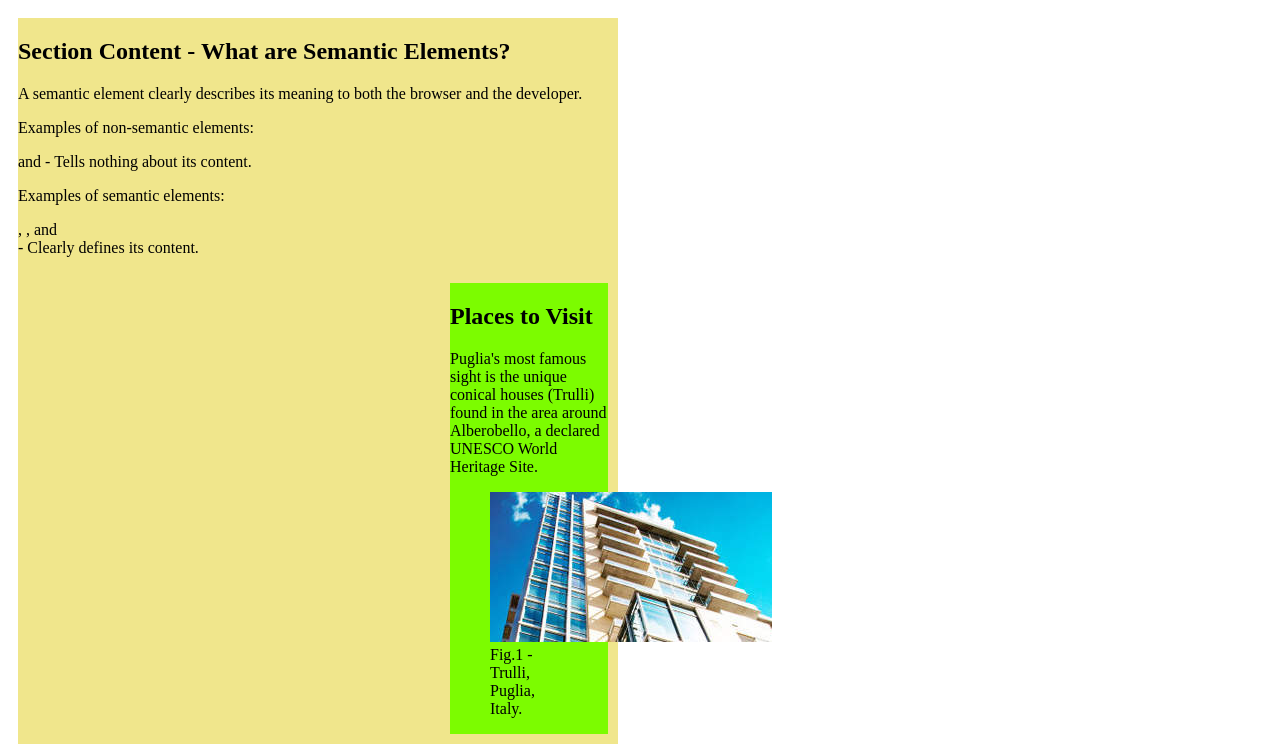
Repository: bjnabs/mws-workshop01
Page: index.html
An editor plug-in stored every save of this project. The page is shown before and after the next save, followed by the edit.
The browser window is 1280 px wide. The pictures show the whole page.

Above is the page before, as saved 2020-07-04 09:48:39.

After the next save:
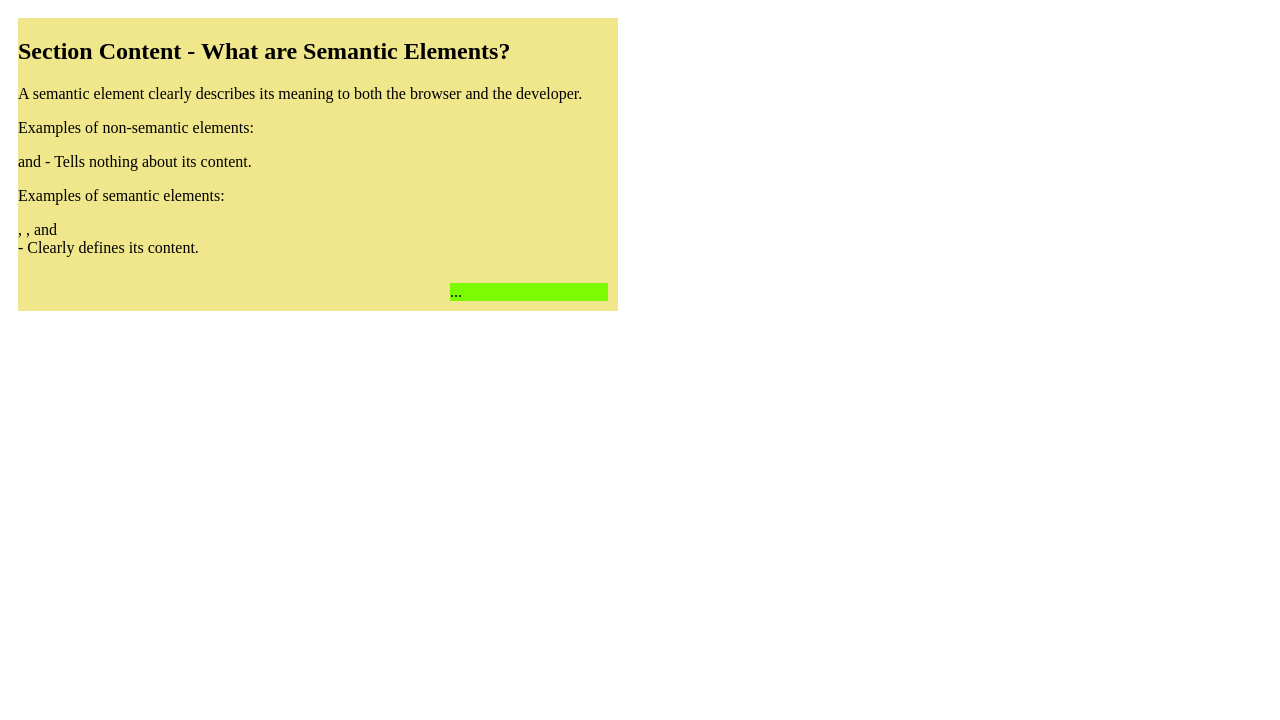
Saved 58 s later.
--- a/index.html
+++ b/index.html
@@ -13,15 +13,9 @@
                 <p>A semantic element clearly describes its meaning to both the browser and the developer.</p>
                 <p>Examples of non-semantic elements: <div> and <span> - Tells nothing about its content.</p>
                 <p>Examples of semantic elements: <form>, <table>, and <article> - Clearly defines its content.</p>
+
         </section>
-        <aside>
-            <h2>Places to Visit</h2>
-            <p>Puglia's most famous sight is the unique conical houses (Trulli) found in the area around Alberobello, a declared UNESCO World Heritage Site.</p>
-            <figure>
-            <img src="/images/pic01.jpg" alt="Trulli">
-            <figcaption>Fig.1 - Trulli, Puglia, Italy.</figcaption>
-            </figure>
-</aside>
+        <aside> ...    </aside>
       </div>
 </body>
 </html>
